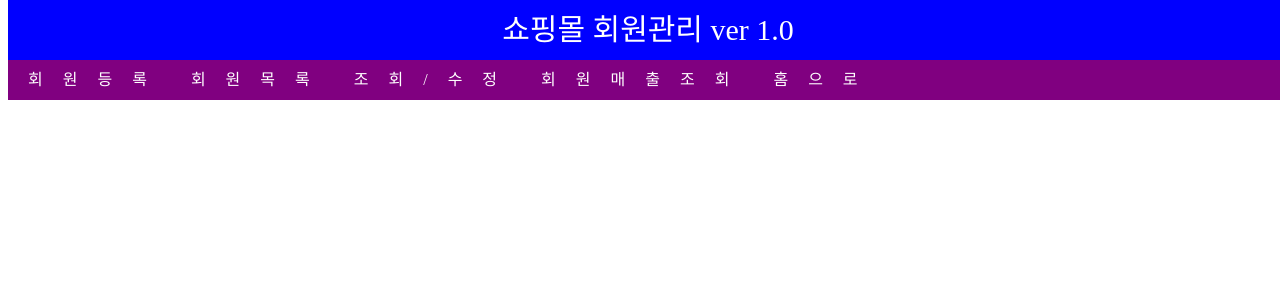
Repository: haileylee94/mini-project
Page: http://localhost/hrd/
The author's editor kept a copy of each file at every save. The page is drawn from the files as they stood at one save, then again after the next save.
The browser window is 1280 px wide. The pictures show the whole page.
The page is served by Tomcat 9. Other server files are loaded and not shown.

Above is the page before, as saved 2022-11-17 09:20:05.

### hrd/WebContent/index.jsp
<%@ page language="java" contentType="text/html; charset=UTF-8"
    pageEncoding="UTF-8"%>
<!DOCTYPE html>
<html>
<head>
<meta charset="UTF-8">
<title>index</title>
<style type="text/css">
	header{
		position:fixed;
		top:0px;
		width:100%;
		height: 60px;
		background-color: blue;
		color: white;
		text-align: center;
		line-height: 60px;
		font-size: 30px;
	}
	nav{
		position: fixed;
		top: 60px;
		width: 100%;
		height: 40px;
		background-color: purple;
		line-height: 40px;
		padding-left: 20px;
		color: #fff;
		letter-spacing: 20px;
	}
</style>
</head>
<body>
	<header>
		쇼핑몰 회원관리 ver 1.0
	</header>
	<nav>
		회원등록	회원목록 조회/수정	회원매출조회	홈으로
	</nav>
</body>
</html>

After the next save:
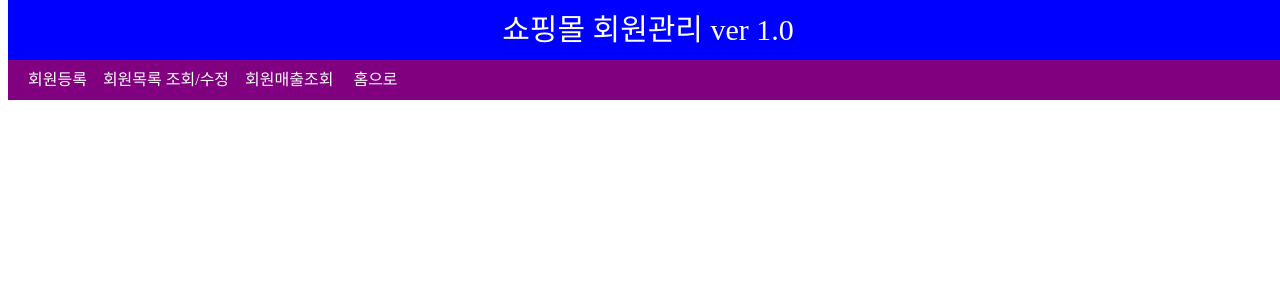
Saved 73 s later.
--- a/hrd/WebContent/index.jsp
+++ b/hrd/WebContent/index.jsp
@@ -26,7 +26,6 @@
 		line-height: 40px;
 		padding-left: 20px;
 		color: #fff;
-		letter-spacing: 20px;
 	}
 </style>
 </head>
@@ -35,7 +34,7 @@
 		쇼핑몰 회원관리 ver 1.0
 	</header>
 	<nav>
-		회원등록	회원목록 조회/수정	회원매출조회	홈으로
+		회원등록 &nbsp;&nbsp;	회원목록 조회/수정 &nbsp;&nbsp;	회원매출조회 &nbsp;&nbsp;&nbsp;	홈으로
 	</nav>
 </body>
 </html>
